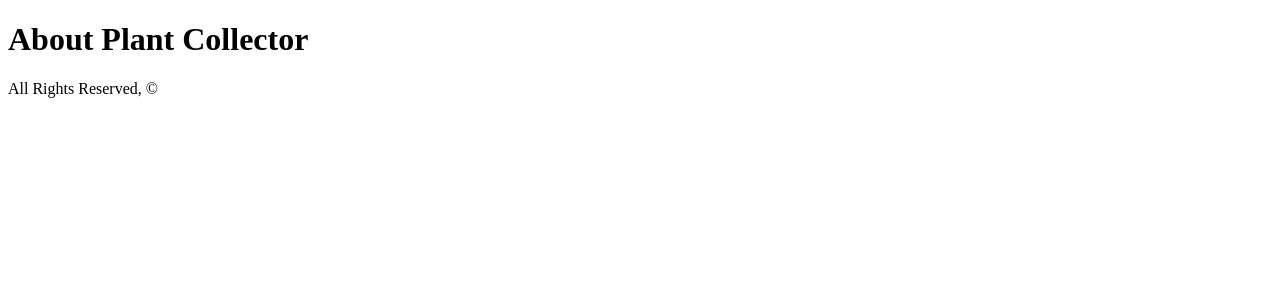
Repository: thecoachanna/plant-collector
Page: http://localhost/about/
An editor plug-in stored every save of this project. The page is shown before and after the next save, followed by the edit.
The browser window is 1280 px wide. The pictures show the whole page.
The page is served by the project's application, run on Django 4.2 (manage.py).

Above is the page before, as saved 2023-03-04 13:48:22.

After the next save:
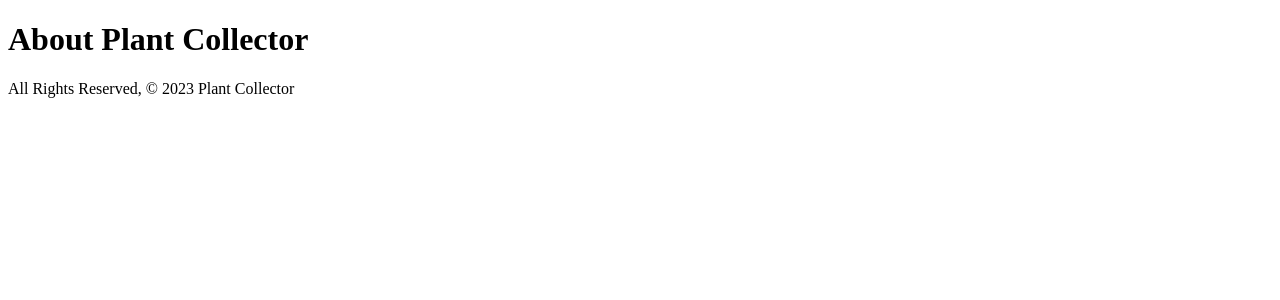
Saved 6 s later.
--- a/main_app/templates/about.html
+++ b/main_app/templates/about.html
@@ -11,7 +11,7 @@
     </head>
     <body>
         <h1>About Plant Collector</h1>
-        <footer>All Rights Reserved, &copy</footer>
+        <footer>All Rights Reserved, &copy; 2023 Plant Collector</footer>
 
         <script src="" async defer></script>
     </body>
